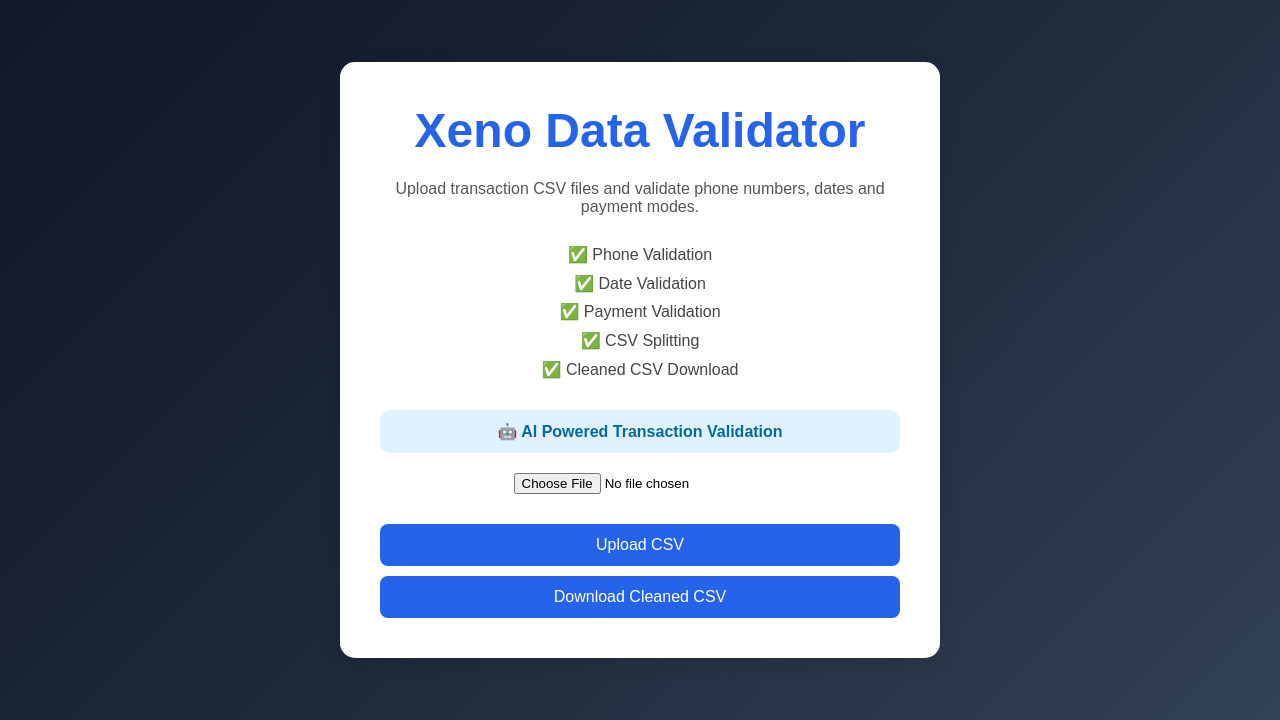
Repository: Aartigarg446/xeno-data-validator
Page: / (app in frontend/)
An editor plug-in stored every save of this project. The page is shown before and after the next save, followed by the edit.
The browser window is 1280 px wide. The pictures show the whole page.
The project was rebuilt for these pictures with package versions that can differ from the ones it lists, and the page was loaded fresh each time. Also part of the build but not shown: frontend/vite.config.js.

Above is the page before, as saved 2026-06-17 14:18:35.

### frontend/src/index.css
html,
body,
#root {
  width: 100%;
  min-height: 100vh;
  margin: 0;
  padding: 0;
}

### frontend/src/App.jsx
import { useState } from "react";
import axios from "axios";
import "./App.css";

function App() {
  const [file, setFile] = useState(null);
  const [message, setMessage] = useState("");
  const [stats, setStats] = useState({
  total: 0,
  valid: 0,
  invalid: 0,
});

const [records, setRecords] = useState([]);

  const uploadFile = async () => {
    if (!file) {
      alert("Please select a CSV file");
      return;
    }

    const formData = new FormData();
    formData.append("file", file);

    try {
   const response = await axios.post(
  "http://localhost:5000/upload",
  formData
);

const data = response.data.data;

setRecords(data);

const validCount = data.filter(
  (item) => item.overallStatus === "Valid"
).length;

setStats({
  total: data.length,
  valid: validCount,
  invalid: data.length - validCount,
});

setMessage("✅ CSV Processed Successfully");
    } catch (error) {
      console.log(error);
     setMessage("❌ Upload Failed");
    }
  };

  return (
    <div className="container">

      <div className="card">

        <h1>Xeno Data Validator</h1>

        <p>
          Upload transaction CSV files and validate
          phone numbers, dates and payment modes.
        </p>
<p className="features">
  ✅ Phone Validation <br />
  ✅ Date Validation <br />
  ✅ Payment Validation <br />
  ✅ CSV Splitting <br />
  ✅ Cleaned CSV Download
</p>
<div className="ai-badge">
  🤖 AI Powered Transaction Validation
</div>
        <input
          type="file"
          accept=".csv"
          onChange={(e) =>
            setFile(e.target.files[0])
          }
        />

        {file && (
  <p>
    Selected File: {file.name}
  </p>
)}
{message && (
  <p>{message}</p>
)}
{stats.total > 0 && (
<div className="stats-container">

  <div className="stat-card">
    <h3>Total</h3>
    <p>{stats.total}</p>
  </div>

  <div className="stat-card">
    <h3>Valid</h3>
    <p>{stats.valid}</p>
  </div>

  <div className="stat-card">
    <h3>Invalid</h3>
    <p>{stats.invalid}</p>
  </div>

</div>
)}
        <button onClick={uploadFile}>
          Upload CSV
        </button>

        <a
          href="http://localhost:5000/download"
          target="_blank"
        >
          <button>
            Download Cleaned CSV
          </button>
          {records.length > 0 && (

  <table className="result-table">

    <thead>
      <tr>
        <th>Order ID</th>
        <th>Phone</th>
        <th>Status</th>
      </tr>
    </thead>

    <tbody>

      {records.map((record, index) => (

        <tr key={index}>
          <td>{record.order_id}</td>
          <td>{record.phone}</td>
          <td>
            {record.overallStatus === "Valid"
              ? "✅ Valid"
              : "❌ Invalid"}
          </td>
        </tr>

      ))}

    </tbody>

  </table>

)}
        </a>

      </div>

    </div>
  );
}

export default App;

### frontend/src/App.css
* {
  margin: 0;
  padding: 0;
  box-sizing: border-box;
}

body {
  background: linear-gradient(
    135deg,
    #0f172a,
    #1e293b,
    #334155
  );
  font-family: Arial, sans-serif;
}

.container {
  min-height: 100vh;
  display: flex;
  justify-content: center;
  align-items: center;
}

.card {
  background: white;
  padding: 40px;
  border-radius: 15px;
  width: 600px;
max-width: 90%;
  text-align: center;
  box-shadow: 0px 5px 20px rgba(0,0,0,0.1);
}

h1 {
  color: #2563eb;
  margin-bottom: 20px;
  font-size: 48px;
  line-height: 1.2;
}

p {
  color: #555;
  margin-bottom: 25px;
}

input {
  margin-bottom: 20px;
}

button {
  width: 100%;
  padding: 12px;
  margin-top: 10px;
  border: none;
  border-radius: 8px;
  background: #2563eb;
  color: white;
  cursor: pointer;
  font-size: 16px;
}

button:hover {
  background: #1d4ed8;
}
.features {
  color: #444;
  margin-bottom: 25px;
  line-height: 1.8;
}
.stats-container {
  display: flex;
  justify-content: space-between;
  margin: 20px 0;
  gap: 10px;
}

.stat-card {
  flex: 1;
  background: #2563eb;
  color: white;
  padding: 15px;
  border-radius: 10px;
}

.stat-card h3 {
  margin-bottom: 5px;
}

.result-table {
  width: 100%;
  margin-top: 25px;
  border-collapse: collapse;
}

.result-table th,
.result-table td {
  border: 1px solid #ddd;
  padding: 10px;
}

.result-table th {
  background: #2563eb;
  color: white;
}
.ai-badge {
  background: #e0f2fe;
  color: #0369a1;
  padding: 12px;
  border-radius: 10px;
  margin: 20px 0;
  font-weight: bold;
}

Loaded but not shown: frontend/src/main.jsx (common file)

After the next save:
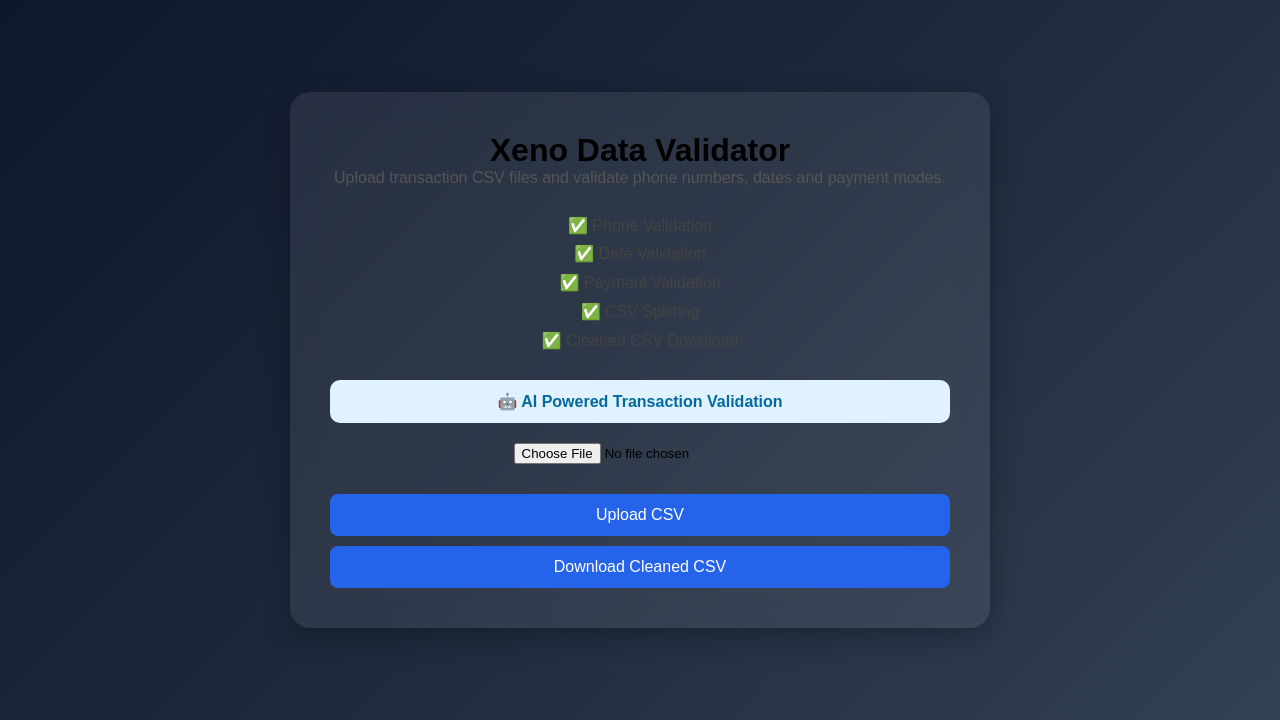
Saved 22 s later.
--- a/frontend/src/App.css
+++ b/frontend/src/App.css
@@ -22,7 +22,15 @@
 }
 
 .card {
-  background: white;
+  background: rgba(255,255,255,0.08);
+  backdrop-filter: blur(15px);
+  padding: 40px;
+  border-radius: 20px;
+  width: 700px;
+  max-width: 90%;
+  text-align: center;
+  box-shadow: 0px 8px 30px rgba(0,0,0,0.3);
+}
   padding: 40px;
   border-radius: 15px;
   width: 600px;
